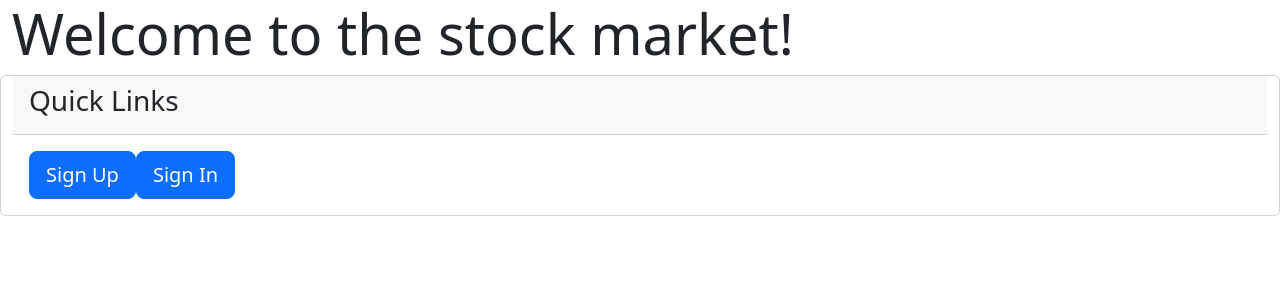
Repository: abdelbaset99/StockMarket
Page: / (app in stockmarket/)
The author's editor kept a copy of each file at every save. The page is drawn from the files as they stood at one save, then again after a run of saves.
The browser window is 1280 px wide. The pictures show the whole page.
The project was rebuilt for these pictures with package versions that can differ from the ones it lists, and the page was loaded fresh each time. Also part of the build but not shown: stockmarket/angular.json, stockmarket/src/app/orders/orders.component.ts, stockmarket/src/app/order.service.ts, stockmarket/src/app/stocks/stocks.component.ts, stockmarket/src/app/stock.service.ts.

Above is the page before, as saved 2023-07-13 12:49:44.

### stockmarket/src/index.html
<!doctype html>
<html lang="en">
<head>
  <meta charset="utf-8">
  <title>Stockmarket</title>
  <base href="/">
  <meta name="viewport" content="width=device-width, initial-scale=1">
  <link rel="icon" type="image/x-icon" href="favicon.ico">
</head>
<body>
  <app-root></app-root>
</body>
</html>

### stockmarket/src/app/app.module.ts
import { NgModule } from '@angular/core';
import { BrowserModule } from '@angular/platform-browser';
import { AppRoutingModule } from './app-routing.module';
import { AppComponent } from './app.component';
import { HttpClientModule } from '@angular/common/http';
import { OrdersComponent } from './orders/orders.component';
import { StocksComponent } from './stocks/stocks.component';
import { FormsModule } from '@angular/forms';
import { HomeComponent } from './home/home.component';
// import { SocketsService } from './sockets.service';
// import { HubConnection } from '@microsoft/signalr/dist/esm/HubConnection';
import { HubConnection } from '@microsoft/signalr';
import { createHubConnection } from './hub-connection.factory';


@NgModule({
  declarations: [
    AppComponent,
    OrdersComponent,
    StocksComponent,
    HomeComponent
  ],
  imports: [
    BrowserModule,
    AppRoutingModule,
    HttpClientModule,
    FormsModule
  ],
  providers: [{ provide: HubConnection, useFactory: createHubConnection }],
  bootstrap: [AppComponent]
})
export class AppModule { }

### stockmarket/src/app/app-routing.module.ts
import { NgModule } from '@angular/core';
import { RouterModule, Routes } from '@angular/router';
import { OrdersComponent } from './orders/orders.component';
import { StocksComponent } from './stocks/stocks.component';
import { HomeComponent } from './home/home.component';

const routes: Routes = [
  { path: '', component: HomeComponent },
  { path: 'orders', component: OrdersComponent },
  { path: 'stocks', component: StocksComponent },
];

@NgModule({
  imports: [RouterModule.forRoot(routes)],
  exports: [RouterModule]
})
export class AppRoutingModule {}

### stockmarket/src/app/app.component.ts
import { Component } from '@angular/core';
// import { SocketsService } from './sockets.service';
// import { Observable, Subscription } from 'rxjs';
// import { HttpClient} from '@angular/common/http';

@Component({
  selector: 'app-root',
  templateUrl: './app.component.html',
  styleUrls: ['./app.component.css'],
})
export class AppComponent {
  title = 'stocks';
  // stocks: any[] = [];
  // sub: Subscription = new Subscription();

  // constructor(private http: HttpClient) {}
  constructor() {

  }

  ngOnInit() {
    // this.getStocksData();
    // this.http.get<any[]>(`http://localhost:5000/`).subscribe(
    //   (stocks) => {
    //     this.stocks = stocks;
    //   },
    //   (err) => {
    //     console.log(err);
    //   }
    // );
  }

  // getStocksData(): void {
  //   this.sub = this.socketService.getStocks().subscribe((stocks) => {
  //     this.stocks = stocks;
  //   });
  // }

}

### stockmarket/src/app/home/home.component.ts
import { Component } from '@angular/core';
import { Router } from '@angular/router';
import { User } from '../user';
import { NgForm } from '@angular/forms';
@Component({
  selector: 'app-home',
  templateUrl: './home.component.html',
  styleUrls: ['./home.component.css'],
})
export class HomeComponent {
  newUser: User = {} as User;
  newUserName: string = '';
  newPassword: string = '';
  newEmail: string = '';

  user: User = {} as User;
  userName: string = '';
  password: string = '';
  email: string = '';

  constructor() {}

  onSignUpSubmit(form: NgForm) {
    this.newUser.userName = this.newUserName;
    this.newUser.password = this.newPassword;
    this.newUser.email = this.newEmail;
    console.log(this.newUser);
  }
  onSignInSubmit(form: NgForm) {
    this.user.userName = this.userName;
    this.user.password = this.password;
    this.user.email = this.email;
    console.log(this.user);
  }
}

### stockmarket/src/app/hub-connection.factory.ts
import { HubConnection, HubConnectionBuilder } from '@microsoft/signalr';

export function createHubConnection(): HubConnection {
  const builder = new HubConnectionBuilder();
  const connection = builder.withUrl('http://localhost:5089/stockhub').build();
  return connection;
}

### stockmarket/src/app/home/home.component.html
<!DOCTYPE html>
<html lang="en">

<head>
  <meta charset="UTF-8">
  <meta name="viewport" content="width=device-width, initial-scale=1.0">
  <title>Document</title>
</head>

<body>
  <div class="container-fluid">
    <div class="row">
      <div class="col-md-8">
        <h1 class="display-4">Welcome to the stock market!</h1>
      </div>
      <div class="card">
        <div class="card-header">
          <h3>Quick Links</h3>
        </div>
        <div class="card-body">
          <!-- <a class="btn btn-primary btn-lg btn-block" routerLink="/stocks">View Stocks</a>
            <a class="btn btn-secondary btn-lg btn-block" routerLink="/orders">View Orders</a> -->
          <a class="btn btn-primary btn-lg btn-block" (click)="signUp.showModal()">Sign Up</a>
          <a class="btn btn-primary btn-lg btn-block" (click)="signIn.showModal()">Sign In</a>
        </div>

      </div>
    </div>
  </div>

  <dialog class="dialog-style" #signUp>
    <div class="modal-content">
      <div class="modal-header">
        <h5 class="modal-title">Sign Up</h5>
        <button type="button" class="close" (click)="signUp.close()">
          <span aria-hidden="true">&times;</span>
        </button>
      </div>
      <div class="modal-body">
        <form (ngSubmit)="onSignUpSubmit(myForm)" #myForm="ngForm" method="post">
          <div class="form-group">
            <label class="label-style" for="newUserName">User Name</label>
            <input type="text" id="newUserName" name="newUserName" placeholder="Enter your username: "
              [(ngModel)]="newUserName" required class="form-control">
          </div>
          <div class="form-group">
            <label class="label-style" for="newPassword">Password</label>
            <input type="password" id="newPassword" name="newPassword" placeholder="Enter your password: "
              [(ngModel)]="newPassword" required class="form-control">
          </div>
          <div class="form-group">
            <label class="label-style" for="newEmail">Email</label>
            <input type="email" id="newEmail" name="newEmail" placeholder="Enter your email: " [(ngModel)]="newEmail"
              required class="form-control">
          </div>
          <br>
          <button class="btn btn-primary btn-block" type="submit" (click)="signUp.close()">Sign Up</button>
        </form>
      </div>
    </div>
  </dialog>

  <dialog class="dialog-style" #signIn>
    <div class="modal-content">
      <div class="modal-header">
        <h5 class="modal-title">Sign In</h5>
        <button type="button" class="close" (click)="signIn.close()">
          <span aria-hidden="true">&times;</span>
        </button>
      </div>
      <div class="modal-body">
        <form (ngSubmit)="onSignInSubmit(myForm)" #myForm="ngForm" method="post">
          <div class="form-group">
            <label class="label-style" for="userName">User Name</label>
            <input type="text" id="userName" name="userName" placeholder="Enter your username: "
              [(ngModel)]="newUserName" required class="form-control">
          </div>
          <div class="form-group">
            <label class="label-style" for="password">Password</label>
            <input type="password" id="password" name="password" placeholder="Enter your password: "
              [(ngModel)]="newPassword" required class="form-control">
          </div>
          <div class="form-group">
            <label class="label-style" for="email">Email</label>
            <input type="email" id="email" name="email" placeholder="Enter your email: " [(ngModel)]="email" required
              class="form-control">
          </div>
          <br>
          <button class="btn btn-primary btn-block" type="submit" (click)="signIn.close()">Sign In</button>
        </form>
      </div>
    </div>
  </dialog>


</body>

</html>

Loaded but not shown: stockmarket/src/styles.css (common file); stockmarket/src/main.ts (common file); stockmarket/src/app/app.component.html (common file); stockmarket/src/app/app.component.css (no stored copy; drawn as an empty file); stockmarket/src/app/home/home.component.css (no stored copy; drawn as an empty file)

After the next 3 saves:
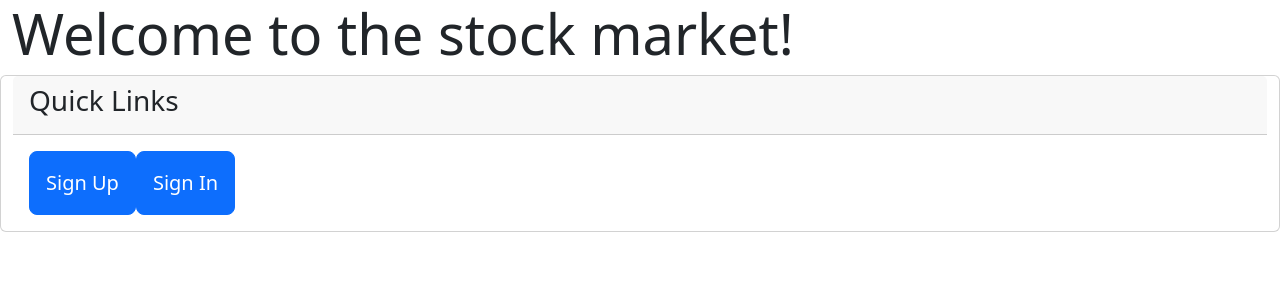
The 3 saves are shown as one change because they came seconds apart.
The last was saved 27 s later.
--- a/stockmarket/src/app/home/home.component.html
+++ b/stockmarket/src/app/home/home.component.html
@@ -20,8 +20,8 @@
         <div class="card-body">
           <!-- <a class="btn btn-primary btn-lg btn-block" routerLink="/stocks">View Stocks</a>
             <a class="btn btn-secondary btn-lg btn-block" routerLink="/orders">View Orders</a> -->
-          <a class="btn btn-primary btn-lg btn-block" (click)="signUp.showModal()">Sign Up</a>
-          <a class="btn btn-primary btn-lg btn-block" (click)="signIn.showModal()">Sign In</a>
+          <a class="btn btn-primary btn-lg btn-block p-3" (click)="signUp.showModal()">Sign Up</a>
+          <a class="btn btn-primary btn-lg btn-block p-3" (click)="signIn.showModal()">Sign In</a>
         </div>
 
       </div>
